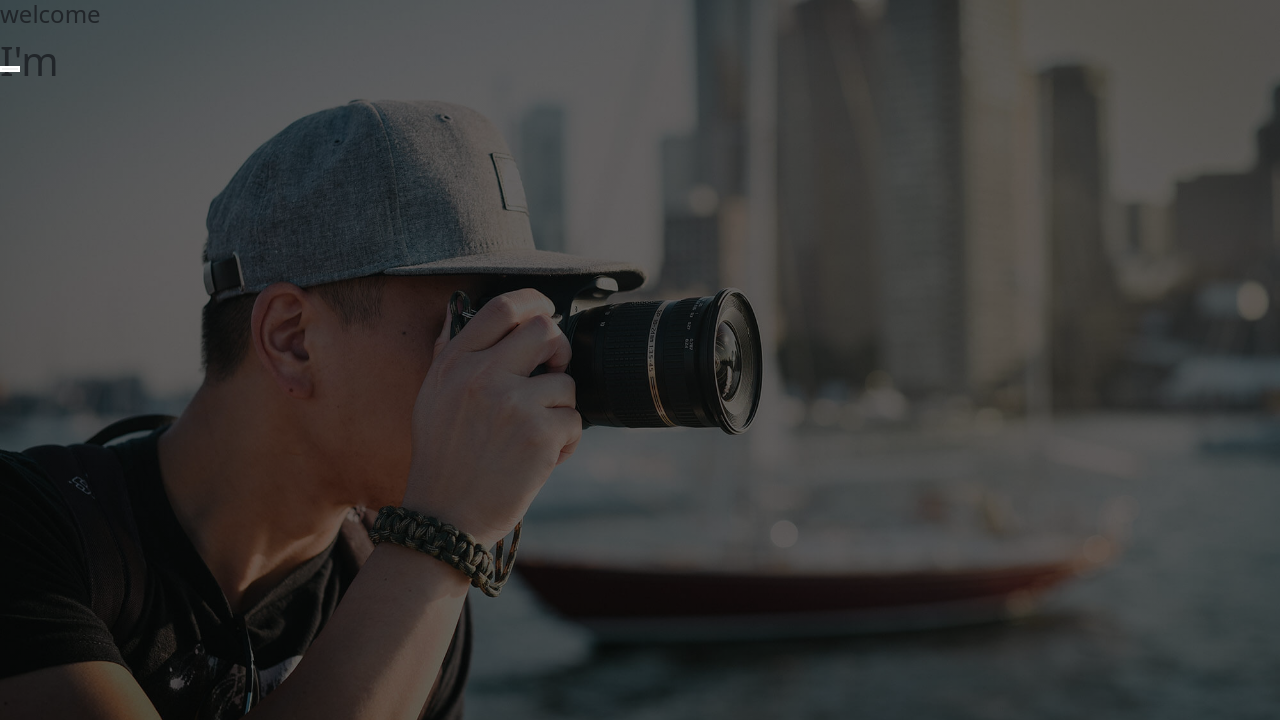
Repository: khaledradwan96/Kerri
Page: index.html
The author's editor kept a copy of each file at every save. The page is drawn from the files as they stood at one save, then again after a run of saves.
The browser window is 1280 px wide. The pictures show the whole page.

Above is the page before, as saved 2024-05-06 19:48:59.

### index.html
<!DOCTYPE html>
<html lang="en">

<head>
    <meta charset="UTF-8">
    <meta name="viewport" content="width=device-width, initial-scale=1.0">

    <link rel="stylesheet" href="css/all.min.css">
    <link rel="stylesheet" href="css/bootstrap.min.css">
    <link rel="stylesheet" href="css/style.css">

    <title>Kerri</title>
</head>

<body>

    <header>
<h4>welcome</h4>
<h1>
    I'm
<span></span>
</h1>

<p></p>

<button class="scroll-btn"></button>

    </header>




    <script src="js/bootstrap.bundle.min.js"></script>
</body>

</html>

### css/style.css
header {
  background-image: linear-gradient(rgba(0, 0, 0, 0.6), rgba(0, 0, 0, 0.6)),
    url(../images/asset\ 15.jpeg);
  background-position: center;
  background-size: cover;
  height: 100vh;
}

.scroll-btn {
  width: 20px;
  height: 35ps;
  border: solid 2px #fff;
  transform: translateY(-50px);
}

.scroll-btn::after{
  content: "";
  background-color: #fff;

}

Loaded but not shown: css/all.min.css (library); css/bootstrap.min.css (library); js/bootstrap.bundle.min.js (library)

After the next 2 saves:
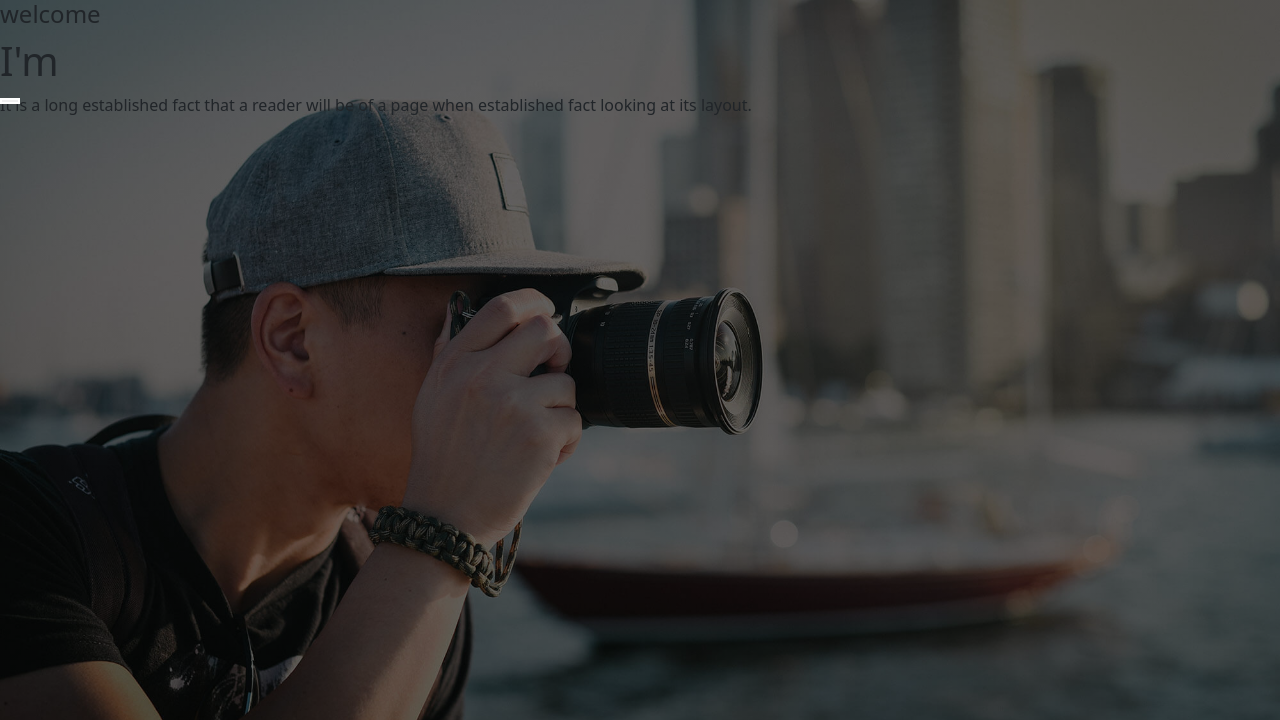
The 2 saves are shown as one change because they came seconds apart.
The last was saved 8 s later.
--- a/index.html
+++ b/index.html
@@ -15,15 +15,17 @@
 <body>
 
     <header>
-<h4>welcome</h4>
-<h1>
-    I'm
-<span></span>
-</h1>
+        <h4>welcome</h4>
+        <h1>
+            I'm
+            <span></span>
+        </h1>
 
-<p></p>
+        <p>
+            It is a long established fact that a reader will be of a page when established fact looking at its layout.
+        </p>
 
-<button class="scroll-btn"></button>
+        <button class="scroll-btn"></button>
 
     </header>
 
